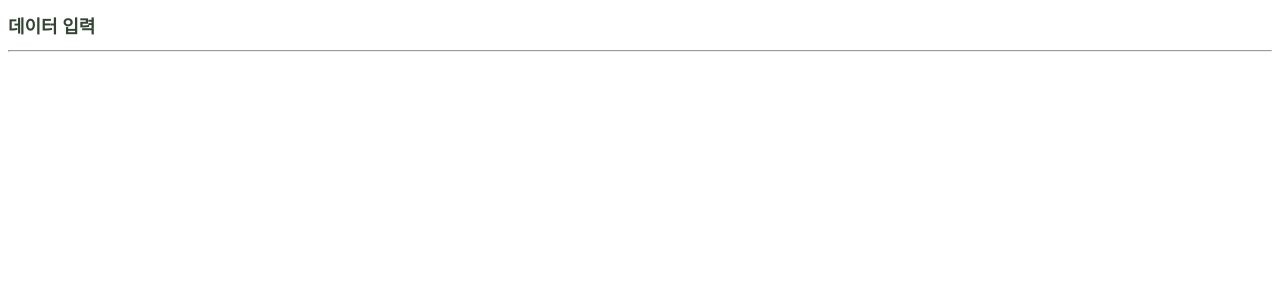
Repository: hyyrim/WebStudy
Page: http://localhost/WebApp18/Friend.jsp
The author's editor kept a copy of each file at every save. The page is drawn from the files as they stood at one save, then again after the next save.
The browser window is 1280 px wide. The pictures show the whole page.
The page is served by Tomcat 9.

Above is the page before, as saved 2021-05-20 06:39:11.

After the next save:
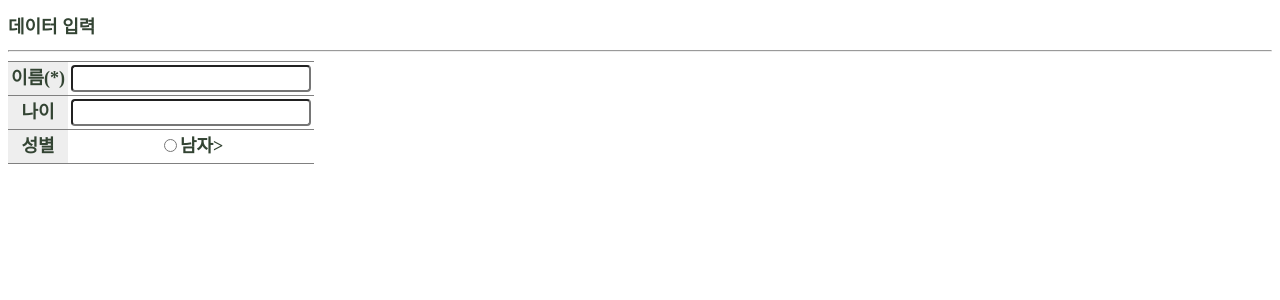
Saved 85 s later.
--- a/WebApp18/WebContent/Friend.jsp
+++ b/WebApp18/WebContent/Friend.jsp
@@ -16,6 +16,28 @@
 
 <div>
 	<form action="Friend_ok.jsp" method="post" name="myForm">
+		<table class="table">
+			<tr>
+				<th>이름(*)</th>
+				<td>
+					<input type="text">
+				</td>
+			</tr>
+			<tr>
+				<th>나이</th>
+				<td>
+					<input type="text">
+				</td>
+			</tr>
+			<tr>
+				<th>성별</th>
+				<td>
+					<label>
+						<input type="radio" value="남자">남자>
+					</label>
+				</td>
+			</tr>
+		</table>
 	</form>
 </div>
 
